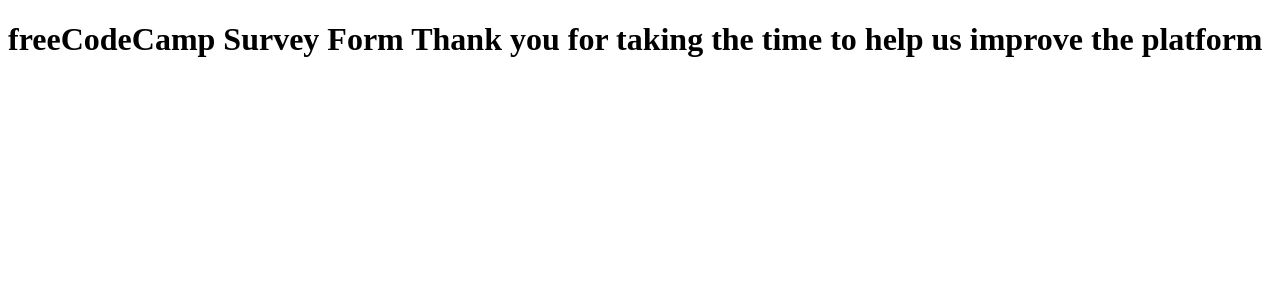
Repository: Lungdjos/survey_form_certification
Page: index.html
An editor plug-in stored every save of this project. The page is shown before and after the next save, followed by the edit.
The browser window is 1280 px wide. The pictures show the whole page.

Above is the page before, as saved 2023-09-29 12:36:28.

### index.html
<!DOCTYPE html>
<html lang="en">

<head>
    <meta charset="UTF-8">
    <meta name="viewport" content="width=device-width, initial-scale=1.0">
    <title>Survey Form</title>
</head>

<body>
    <h1>freeCodeCamp Survey Form Thank you for taking the time to help us improve the platform</h1>
    <p></p>
</body>

</html>

After the next save:
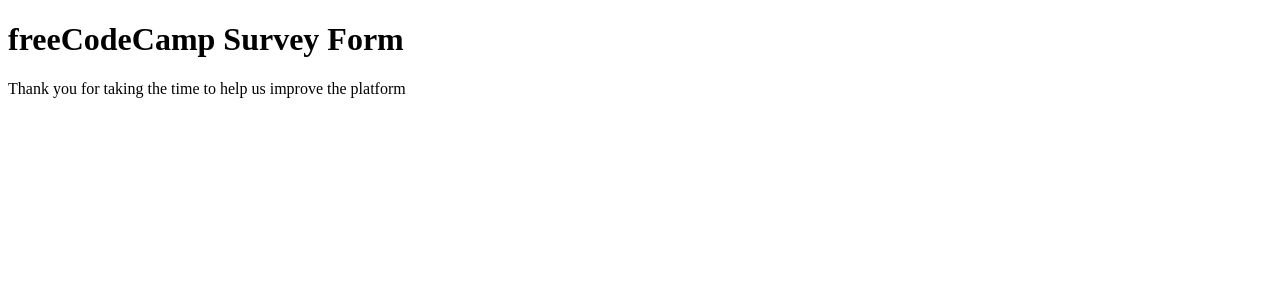
Saved 14 s later.
--- a/index.html
+++ b/index.html
@@ -8,8 +8,8 @@
 </head>
 
 <body>
-    <h1>freeCodeCamp Survey Form Thank you for taking the time to help us improve the platform</h1>
-    <p></p>
+    <h1>freeCodeCamp Survey Form </h1>
+    <p>Thank you for taking the time to help us improve the platform</p>
 </body>
 
 </html>
